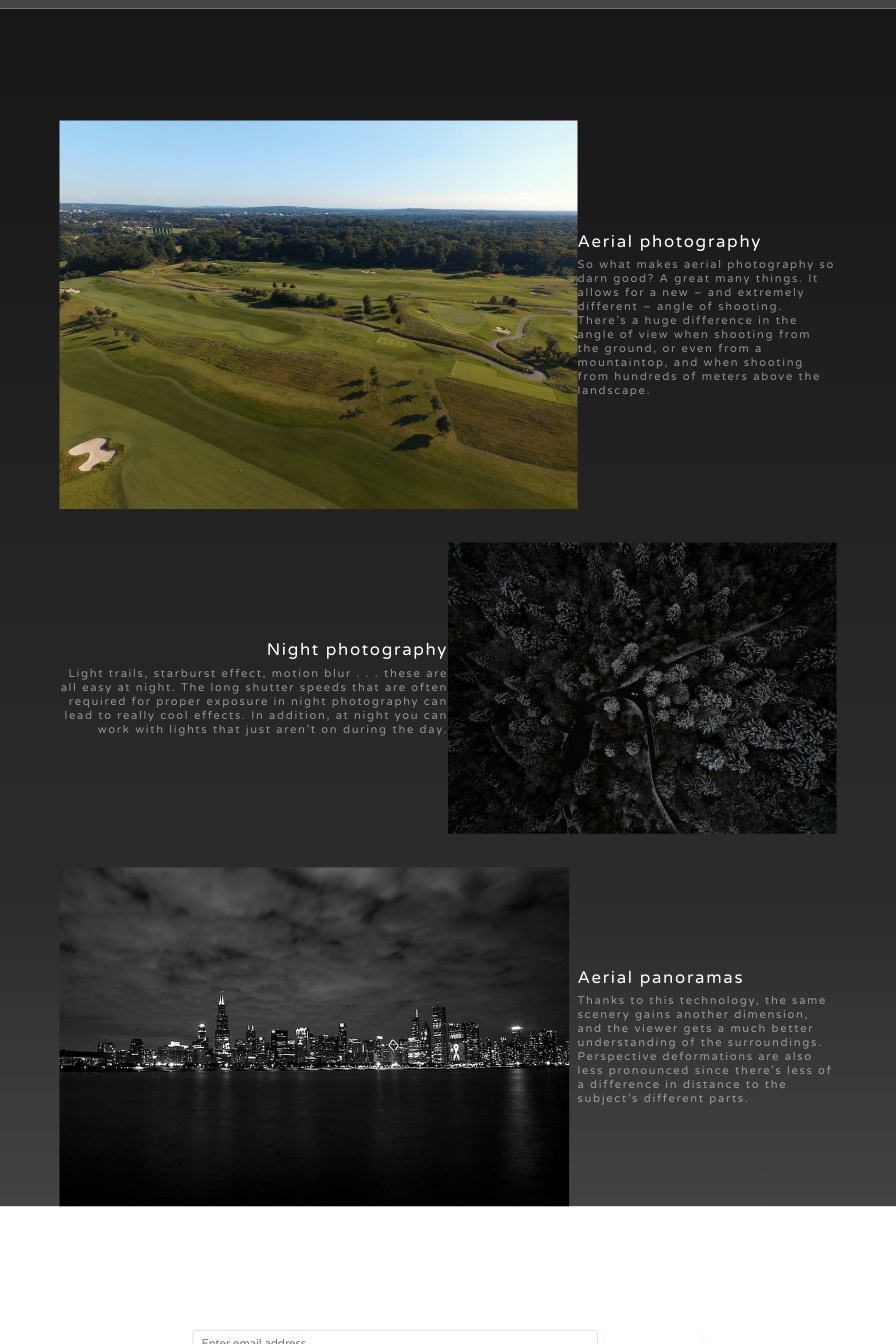
Repository: geoeskel/UCFD-Milestone-Project
Page: index.html
The author's editor kept a record of every edit. The page is drawn from the files as they stood at one moment, then again after the next edit.
The browser window is 1280 px wide. The pictures show the part of the page from y = 1733 to 3653 px (the page is 3906 px tall), at 70% of full size.
A picture or video elsewhere on the page could not be fetched, so the positions and the page height are approximate. Some web libraries are served in a nearby version.

Above is the page before.

After the next edit:
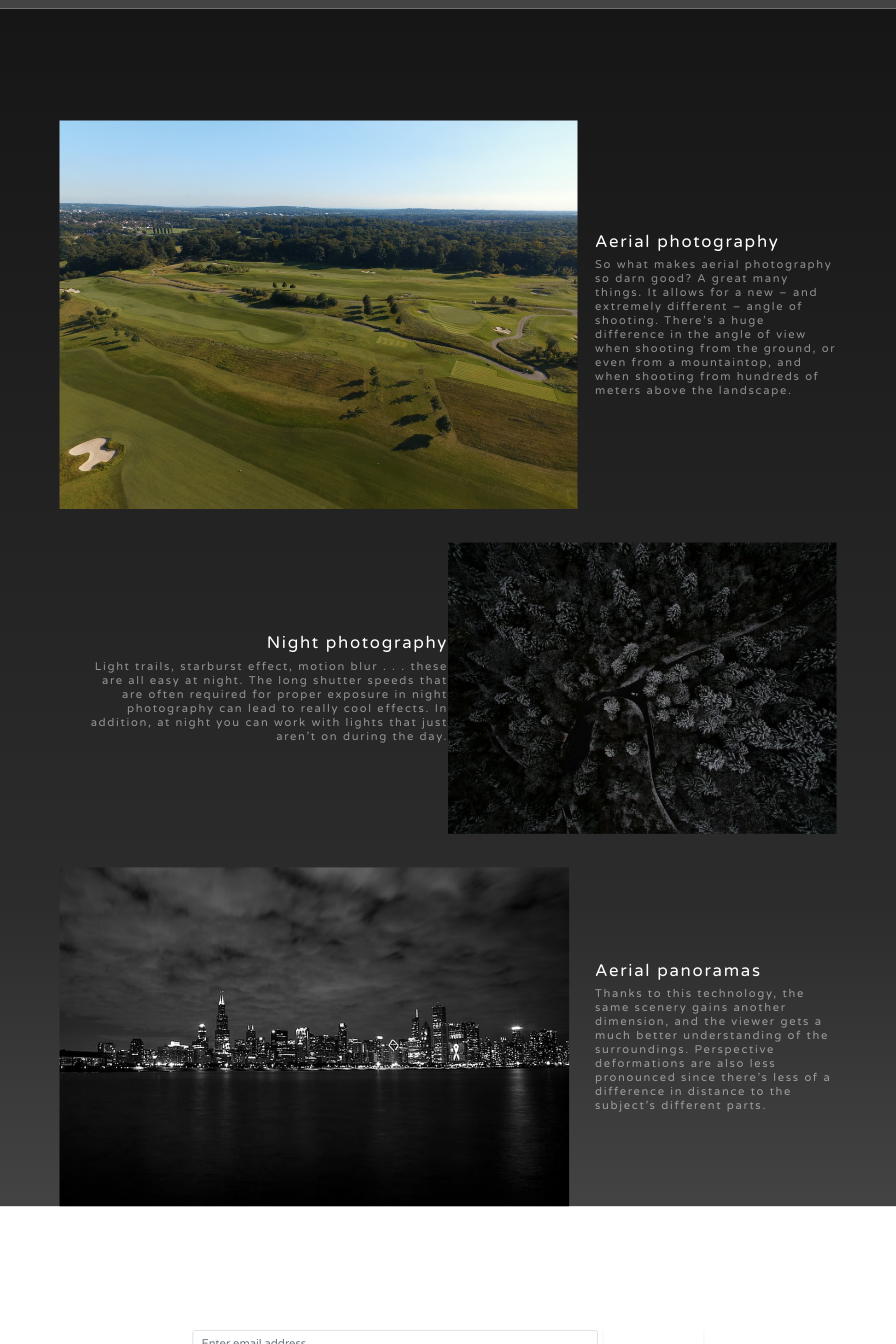
The edit:
--- a/css/style.css
+++ b/css/style.css
@@ -228,3 +228,8 @@
   letter-spacing: 0.15rem;
   border: 0;
 }
+
+
+.first-service {
+  padding-left: 25px;
+}
